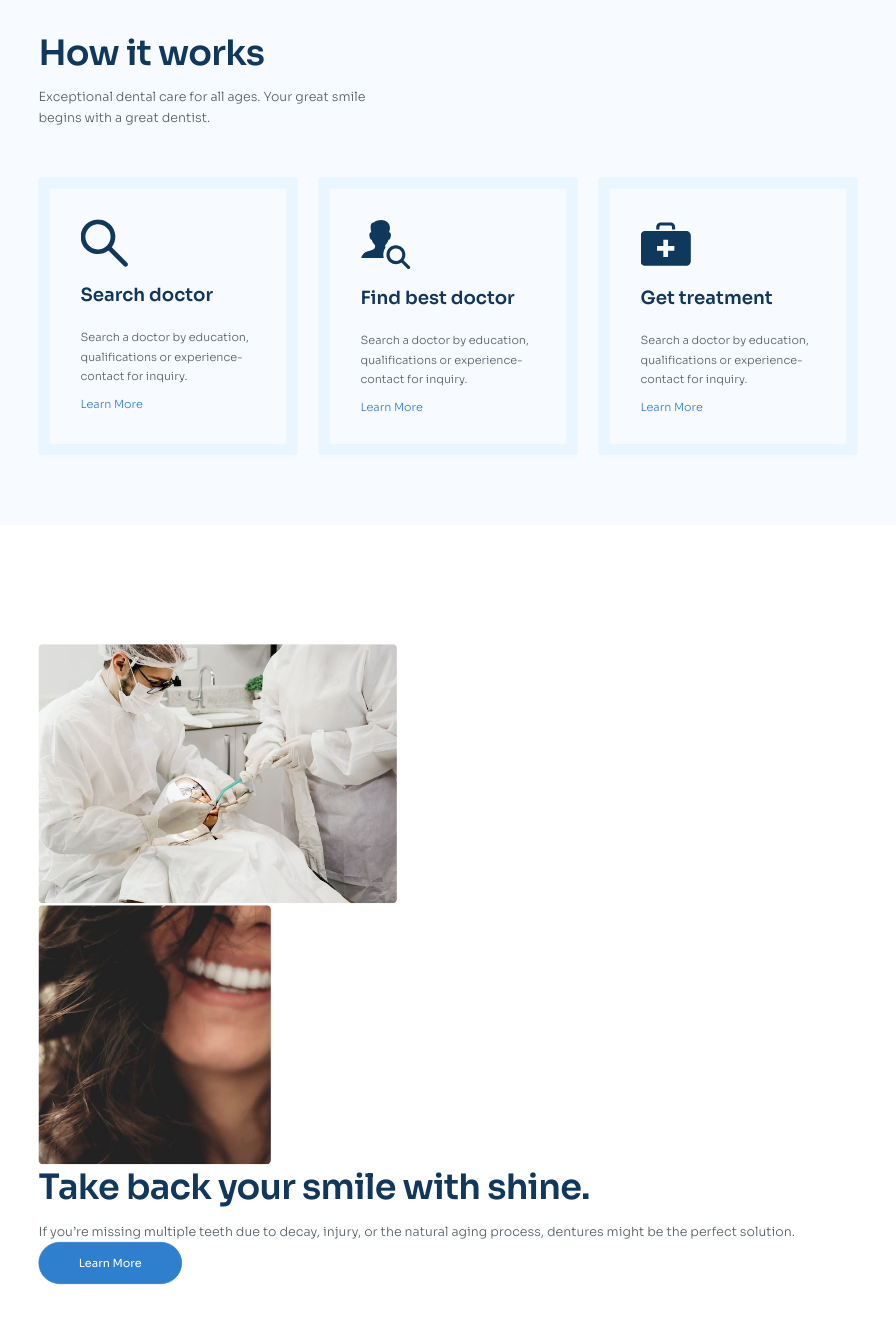
Repository: anhtien111198/f8-htmlcss-03
Page: index.html
These files come from the project's save history. The page is drawn as it stood at one moment and after the next save; the edit follows.
The browser window is 1280 px wide. The pictures show the part of the page from y = 1895 to 3815 px (the page is 3815 px tall before and 3442 px after), at 70% of full size.

Above is the page before, as saved 2023-05-13 15:15:12.

### index.html
<!DOCTYPE html>
<html lang="en">
    <head>
        <meta charset="UTF-8" />
        <meta http-equiv="X-UA-Compatible" content="IE=edge" />
        <meta name="viewport" content="width=device-width, initial-scale=1.0" />
        <title>shine smile</title>
        <!-- favicon -->
        <link
            rel="apple-touch-icon"
            sizes="57x57"
            href="./assets/favicon/apple-icon-57x57.png"
        />
        <link
            rel="apple-touch-icon"
            sizes="60x60"
            href="./assets/favicon/apple-icon-60x60.png"
        />
        <link
            rel="apple-touch-icon"
            sizes="72x72"
            href="./assets/favicon/apple-icon-72x72.png"
        />
        <link
            rel="apple-touch-icon"
            sizes="76x76"
            href="./assets/favicon/apple-icon-76x76.png"
        />
        <link
            rel="apple-touch-icon"
            sizes="114x114"
            href="./assets/favicon/apple-icon-114x114.png"
        />
        <link
            rel="apple-touch-icon"
            sizes="120x120"
            href="./assets/favicon/apple-icon-120x120.png"
        />
        <link
            rel="apple-touch-icon"
            sizes="144x144"
            href="./assets/favicon/apple-icon-144x144.png"
        />
        <link
            rel="apple-touch-icon"
            sizes="152x152"
            href="./assets/favicon/apple-icon-152x152.png"
        />
        <link
            rel="apple-touch-icon"
            sizes="180x180"
            href="./assets/favicon/apple-icon-180x180.png"
        />
        <link
            rel="icon"
            type="image/png"
            sizes="192x192"
            href="./assets/favicon/android-icon-192x192.png"
        />
        <link
            rel="icon"
            type="image/png"
            sizes="32x32"
            href="./assets/favicon/favicon-32x32.png"
        />
        <link
            rel="icon"
            type="image/png"
            sizes="96x96"
            href="./assets/favicon/favicon-96x96.png"
        />
        <link
            rel="icon"
            type="image/png"
            sizes="16x16"
            href="./assets/favicon/favicon-16x16.png"
        />
        <link rel="manifest" href="./assets/favicon/manifest.json" />
        <meta name="msapplication-TileColor" content="#ffffff" />
        <meta
            name="msapplication-TileImage"
            content="./assets/favicon/ms-icon-144x144.png"
        />
        <meta name="theme-color" content="#ffffff" />
        <!-- font -->
        <link rel="preconnect" href="https://fonts.googleapis.com" />
        <link rel="preconnect" href="https://fonts.gstatic.com" crossorigin />
        <link
            href="https://fonts.googleapis.com/css2?family=Sora:wght@200;300;400;500;600;700;800&display=swap"
            rel="stylesheet"
        />
        <!-- reset css -->
        <link rel="stylesheet" href="./assets/css/reset.css" />
        <!-- style css -->
        <link rel="stylesheet" href="./assets/css/style.css" />
    </head>
    <body>
        <!-- header -->
        <header class="header">
            <div class="container">
                <!-- header top -->
                <div class="header-top">
                    <!-- logo -->
                    <a href="/">
                        <div class="logo">
                            <span class="logo__circle"></span>
                            <span class="logo__text">
                                <span class="logo__brand">shine</span>
                                <span class="logo__brand logo__brand--small">
                                    smile
                                </span>
                            </span>
                        </div>
                    </a>
                    <!-- navbar -->
                    <nav class="navbar">
                        <ul class="navbar__list">
                            <li class="navbar__item">
                                <a
                                    href="#!"
                                    class="navbar__link navbar__link--active"
                                >
                                    Home
                                </a>
                            </li>
                            <li class="navbar__item">
                                <a href="#!" class="navbar__link">Services</a>
                            </li>
                            <li class="navbar__item">
                                <a href="#!" class="navbar__link">About</a>
                            </li>
                            <li class="navbar__item">
                                <a href="#!" class="navbar__link">Doctors</a>
                            </li>
                        </ul>
                    </nav>
                    <!-- action -->
                    <div class="header-action">
                        <a href="#!" class="header-action__login">Log In</a>
                        <button href="#!" class="btn header-action__signup">
                            Sign Up
                        </button>
                    </div>
                </div>
                <!-- Hero -->
                <section class="hero">
                    <!-- hero content -->
                    <section class="hero__content">
                        <h1 class="hero__heading">
                            Exceptional dental care for all ages.
                        </h1>
                        <p class="hero__desc">
                            Exceptional dental care for all ages. Your great
                            smile begins with a great dentist.
                        </p>
                        <div class="hero__row">
                            <a href="" class="btn">Book Online</a>
                            <span class="hero__phone"
                                >or call (123) 456-7890</span
                            >
                        </div>
                    </section>
                    <!-- hero media -->
                    <div class="hero__media">
                        <figure class="hero__images">
                            <img
                                src="./assets/image/hero-01jpg.jpg"
                                alt=""
                                class="hero__img"
                            />
                            <img
                                src="./assets/image/hero-02.jpg"
                                alt=""
                                class="hero__img"
                            />
                        </figure>
                    </div>
                </section>
            </div>
        </header>
        <main style="height: 5000">
            <!-- service -->
            <section class="service">
                <div class="container">
                    <h2 class="service__heading section-heading">
                        Our services
                    </h2>
                    <p class="service__desc section-desc">
                        Exceptional dental care for all ages. Your great smile
                        begins with a great dentist.
                    </p>
                    <div class="service__row">
                        <figure class="service__images">
                            <img
                                src="./assets/image/service-1.jpg"
                                alt=""
                                class="service__img"
                            />
                        </figure>
                        <div>
                            <div class="service__list">
                                <!-- service item 1 -->
                                <section class="service-item">
                                    <div class="service-item__icon">
                                        <svg
                                            width="22"
                                            height="24"
                                            viewBox="0 0 22 24"
                                            fill="none"
                                            xmlns="http://www.w3.org/2000/svg"
                                        >
                                            <path
                                                d="M20.3598 2.63964C17.9506 -0.556131 14.2772 -0.568132 11.2481 1.10682C11.001 1.24657 10.7219 1.31411 10.4406 1.30222C10.1592 1.29033 9.88633 1.19945 9.65105 1.03931C8.49552 0.245717 7.29036 -0.316477 5.13904 0.207462C0.623408 1.3071 0 4.90379 0 8.99816C0.0797353 12.1602 0.500857 15.3032 1.25551 18.3683C2.11836 22.0168 3.90382 24 5.43354 24C6.96326 24 7.00963 22.2204 7.00963 20.8016C7.00963 19.2009 7.39505 14.8009 10.8642 14.8009C13.5317 14.8009 14.3333 18.4013 14.3333 20.8016C14.3329 23.095 15.1722 24 16.6628 24C19.5267 24 20.9796 15.3938 21.3719 13.1237C21.7642 10.8535 22.9882 6.12569 20.3598 2.63964Z"
                                                fill="currentColor"
                                            />
                                        </svg>
                                    </div>
                                    <div class="service-item__body">
                                        <h3 class="service-item__heading">
                                            Oral Surgery
                                        </h3>
                                        <p class="service-item__desc">
                                            Everything you expect and then some.
                                            Cleanings, fillings, and x-rays.
                                        </p>
                                    </div>
                                </section>
                                <!-- service item 2 -->
                                <section class="service-item">
                                    <div class="service-item__icon">
                                        <svg
                                            width="22"
                                            height="24"
                                            viewBox="0 0 22 24"
                                            fill="none"
                                            xmlns="http://www.w3.org/2000/svg"
                                        >
                                            <path
                                                d="M20.3598 2.63964C17.9506 -0.556131 14.2772 -0.568132 11.2481 1.10682C11.001 1.24657 10.7219 1.31411 10.4406 1.30222C10.1592 1.29033 9.88633 1.19945 9.65105 1.03931C8.49552 0.245717 7.29036 -0.316477 5.13904 0.207462C0.623408 1.3071 0 4.90379 0 8.99816C0.0797353 12.1602 0.500857 15.3032 1.25551 18.3683C2.11836 22.0168 3.90382 24 5.43354 24C6.96326 24 7.00963 22.2204 7.00963 20.8016C7.00963 19.2009 7.39505 14.8009 10.8642 14.8009C13.5317 14.8009 14.3333 18.4013 14.3333 20.8016C14.3329 23.095 15.1722 24 16.6628 24C19.5267 24 20.9796 15.3938 21.3719 13.1237C21.7642 10.8535 22.9882 6.12569 20.3598 2.63964Z"
                                                fill="currentColor"
                                            />
                                        </svg>
                                    </div>
                                    <div class="service-item__body">
                                        <h3 class="service-item__heading">
                                            Wisdom Teeth Removal
                                        </h3>
                                        <p class="service-item__desc">
                                            Everything you expect and then some.
                                            Cleanings, fillings, and x-rays.
                                        </p>
                                    </div>
                                </section>
                                <!-- service item 3 -->
                                <section class="service-item">
                                    <div class="service-item__icon">
                                        <svg
                                            width="22"
                                            height="24"
                                            viewBox="0 0 22 24"
                                            fill="none"
                                            xmlns="http://www.w3.org/2000/svg"
                                        >
                                            <path
                                                d="M20.3598 2.63964C17.9506 -0.556131 14.2772 -0.568132 11.2481 1.10682C11.001 1.24657 10.7219 1.31411 10.4406 1.30222C10.1592 1.29033 9.88633 1.19945 9.65105 1.03931C8.49552 0.245717 7.29036 -0.316477 5.13904 0.207462C0.623408 1.3071 0 4.90379 0 8.99816C0.0797353 12.1602 0.500857 15.3032 1.25551 18.3683C2.11836 22.0168 3.90382 24 5.43354 24C6.96326 24 7.00963 22.2204 7.00963 20.8016C7.00963 19.2009 7.39505 14.8009 10.8642 14.8009C13.5317 14.8009 14.3333 18.4013 14.3333 20.8016C14.3329 23.095 15.1722 24 16.6628 24C19.5267 24 20.9796 15.3938 21.3719 13.1237C21.7642 10.8535 22.9882 6.12569 20.3598 2.63964Z"
                                                fill="currentColor"
                                            />
                                        </svg>
                                    </div>
                                    <div class="service-item__body">
                                        <h3 class="service-item__heading">
                                            Preventative Dentistry
                                        </h3>
                                        <p class="service-item__desc">
                                            Everything you expect and then some.
                                            Cleanings, fillings, and x-rays.
                                        </p>
                                    </div>
                                </section>
                            </div>
                            <a href="#!" class="btn">All Services</a>
                        </div>
                    </div>
                </div>
            </section>
            <!-- how its works -->
            <section class="work">
                <div class="container">
                    <h2 class="section-heading">How it works</h2>
                    <p class="section-desc work__desc">
                        Exceptional dental care for all ages. Your great smile
                        begins with a great dentist.
                    </p>
                    <div class="work__list">
                        <!-- work item 1 -->
                        <div class="work-item">
                            <img
                                src="./assets/icons/search.svg"
                                alt=""
                                class="work-item__icon"
                            />
                            <h3 class="work-item__heading">Search doctor</h3>
                            <p class="work-item__desc">
                                Search a doctor by education, qualifications or
                                experience-contact for inquiry.
                            </p>
                            <a href="#!" class="work-item__more">Learn More</a>
                        </div>
                        <!-- work item 2 -->
                        <div class="work-item">
                            <img
                                src="./assets/icons/search-user.svg"
                                alt=""
                                class="work-item__icon"
                            />
                            <h3 class="work-item__heading">Find best doctor</h3>
                            <p class="work-item__desc">
                                Search a doctor by education, qualifications or
                                experience-contact for inquiry.
                            </p>
                            <a href="#!" class="work-item__more">Learn More</a>
                        </div>
                        <!-- work item 3 -->
                        <div class="work-item">
                            <img
                                src="./assets/icons/bag.svg"
                                alt=""
                                class="work-item__icon"
                            />
                            <h3 class="work-item__heading">Get treatment</h3>
                            <p class="work-item__desc">
                                Search a doctor by education, qualifications or
                                experience-contact for inquiry.
                            </p>
                            <a href="#!" class="work-item__more">Learn More</a>
                        </div>
                    </div>
                </div>
            </section>
            <!-- feature -->
            <section class="feature">
                <div class="container">
                    <div class="feature__media">
                        <figcaption class="feature__images">
                            <img
                                src="./assets/image/hero-01jpg.jpg"
                                alt=""
                                class="feature__img"
                            />
                            <img
                                src="./assets/image/hero-02.jpg"
                                alt=""
                                class="feature__img"
                            />
                        </figcaption>
                    </div>
                    <section class="feature__content">
                        <h2 class="section-heading">
                            Take back your smile with shine.
                        </h2>
                        <p class="section-desc">
                            If you’re missing multiple teeth due to decay,
                            injury, or the natural aging process, dentures might
                            be the perfect solution.
                        </p>
                        <a href="#!" class="btn">Learn More</a>
                    </section>
                </div>
            </section>
        </main>
    </body>
</html>

### assets/css/style.css
* {
    box-sizing: border-box;
}
:root {
    --header-bg: #10375c;
}
html {
    font-size: 62.5%;
}
body {
    font-size: 1.6rem;
    font-family: "Sora", sans-serif;
}
/* ======Common========= */
a {
    text-decoration: none;
}
.container {
    width: 1170px;
    max-width: calc(100% - 48px);
    margin: 0 auto;
}
.btn {
    --height: 60px;
    display: inline-block;
    min-width: 205px;
    height: var(--height);
    padding: 0 20px;
    border-radius: 99px;
    border: 1px solid #2e80ce;
    font-size: 1.6rem;
    font-weight: 400;
    line-height: var(--height);
    color: #fff;
    text-align: center;
    background: #2e80ce;
}
.btn:hover {
    opacity: 0.9;
    cursor: pointer;
}
.section-heading {
    font-weight: 600;
    font-size: 5rem;
    line-height: 1.2;
    letter-spacing: -0.02em;
    color: #10375c;
}
.section-desc {
    margin-top: 18px;
    font-weight: 300;
    font-size: 1.8rem;
    line-height: 1.67;
    color: #575f66;
}
/* ========header============= */
.header {
    min-height: 100vh;
    padding-top: 30px;
    background: var(--header-bg);
}
.logo {
    position: relative;
    display: inline-flex;
    font-size: 1rem;
}
.logo__circle::after,
.logo__circle::before {
    content: "";
    display: inline-block;
    border-radius: 50%;
}
.logo__circle::before {
    width: 3em;
    height: 3em;
    background: #2e80ce;
}
.logo__circle::after {
    position: absolute;
    top: 1.1em;
    left: 1.1em;
    width: 1.6em;
    height: 1.6em;
    background: #ffffff;
}
.logo__text {
    margin-left: 0.6em;
    text-align: right;
    line-height: 1.6em;
}
.logo__brand {
    display: block;
    font-size: 1.8em;
    font-weight: 400;
    color: #ffffff;
}
.logo__brand--small {
    font-size: 1.2em;
    font-weight: 300;
}
/* ========Header top========== */
.header-top {
    display: flex;
    align-items: center;
    justify-content: space-between;
}
.navbar__list {
    display: flex;
}
.header-action__login,
.navbar__link {
    padding: 4px 21px;
    font-weight: 300;
    font-size: 1.6rem;
    color: #c9d2da;
}
.navbar__link:hover,
.navbar__link--active {
    color: #fff;
    text-shadow: 1px 0 0 currentColor;
}
.navbar__link--active::before {
    position: relative;
    top: -2px;
    left: -8px;
    content: "";
    display: inline-block;
    width: 6px;
    height: 6px;
    border-radius: 50%;
    background: #fff;
}
.header-action {
    display: flex;
    align-items: center;
}
.header-action__login {
    margin-right: 7px;
}
.header-action__signup {
    --height: 44px;
    min-width: 104px;
}
/* ========hero=========== */
.hero {
    display: flex;
    align-items: center;
    margin-top: 76px;
}
.hero__content {
    flex-shrink: 0;
    width: 44%;
}
.hero__media {
    flex-grow: 1;
}
.hero__heading {
    font-weight: 600;
    font-size: 7rem;
    line-height: 1.14;
    letter-spacing: -0.02em;
    color: #ffffff;
}
.hero__desc {
    margin-top: 22px;
    font-weight: 300;
    font-size: 1.8rem;
    line-height: 1.67;
    color: #c9d2da;
}
.hero__row {
    display: flex;
    align-items: center;
    margin-top: 38px;
}
.hero__phone {
    margin-left: 38px;
    font-weight: 400;
    font-size: 1.8rem;
    line-height: 1.67;
    color: #ffffff;
}
.hero__images {
    display: flex;
    align-items: center;
    justify-content: flex-end;
}
.hero__img {
    width: 330px;
    height: 540px;
    border-radius: 6px;
    object-fit: cover;
}
.hero__img:first-child {
    position: relative;
    margin-right: -6px;
}
.hero__img:last-child {
    width: 210px;
    height: 410px;
}
/* ========service=========== */
.service {
    padding: 170px 0;
}
.service__heading,
.service__desc {
    text-align: center;
}
.service__desc {
    width: 468px;
    margin-left: auto;
    margin-right: auto;
}
.service__row {
    display: flex;
    align-items: center;
    justify-content: space-between;
    margin-top: 70px;
}
.service__img {
    width: 570px;
    height: 570px;
    border-radius: 12px;
    object-fit: cover;
}
.service__list {
    margin-bottom: 55px;
}
/* =====service item========= */
.service-item {
    display: flex;
    width: 470px;
    padding: 22px;
    background: #ffffff;
    border-radius: 10px;
    transition: 0.25s;
}
.service-item:hover {
    position: relative;
    box-shadow: 0px 14px 28px rgba(0, 0, 0, 0.05);
}
.service-item:hover .service-item__icon {
    background: #2e80ce;
    color: #fff;
}
.service-item__icon {
    display: flex;
    align-items: center;
    justify-content: center;
    flex-shrink: 0;
    width: 60px;
    height: 60px;
    border-radius: 50%;
    color: #10375c;
    background: #eff6fd;
    box-shadow: 0px 8px 16px rgba(0, 0, 0, 0.05);
    transition: 0.25s;
}
.service-item__body {
    margin-left: 20px;
}
.service-item__heading {
    font-weight: 600;
    font-size: 1.8rem;
    line-height: 1.27;
    color: #10375c;
}
.service-item__desc {
    margin-top: 8px;
    font-weight: 300;
    font-size: 1.6rem;
    line-height: 1.75;
    color: #575f66;
}
/* ========work======= */
.work {
    padding: 100px 0;
    background: #f7fbff;
}
.work__desc {
    width: 468px;
}
.work__list {
    display: grid;
    grid-template-columns: repeat(3, 1fr);
    column-gap: 30px;
    margin-top: 70px;
}
.work-item {
    padding: 44px;
    border: 16px solid #eaf6ff;
    border-radius: 4px;
    transition: 0.25;
}
.work-item:hover {
    transform: translateY(-16px);
    border-color: #2e80ce;
}
.work-item__heading {
    margin-top: 20px;
    font-weight: 600;
    font-size: 2.6rem;
    line-height: 1.38;
    color: #10375c;
}
.work-item__desc {
    margin-top: 28px;
    font-weight: 300;
    font-size: 1.6rem;
    line-height: 1.75;
    color: #575f66;
}

.work-item__more {
    display: inline-block;
    margin-top: 18px;
    font-weight: 300;
    font-size: 1.6rem;
    color: #2e80ce;
}
/* =========feature============ */
.feature {
    margin-top: 85px;
    padding: 85px 0;
}
.feature__media {
    width: 48%;
}
.feature__images {
    position: relative;
}
.feature__img {
    width: 512px;
    height: 370px;
    object-fit: cover;
    border-radius: 6px;
}
.feature__img:last-child {
    width: 332px;
    height: 370px;
}

Loaded but not shown: assets/css/reset.css (common file)

After the next save:
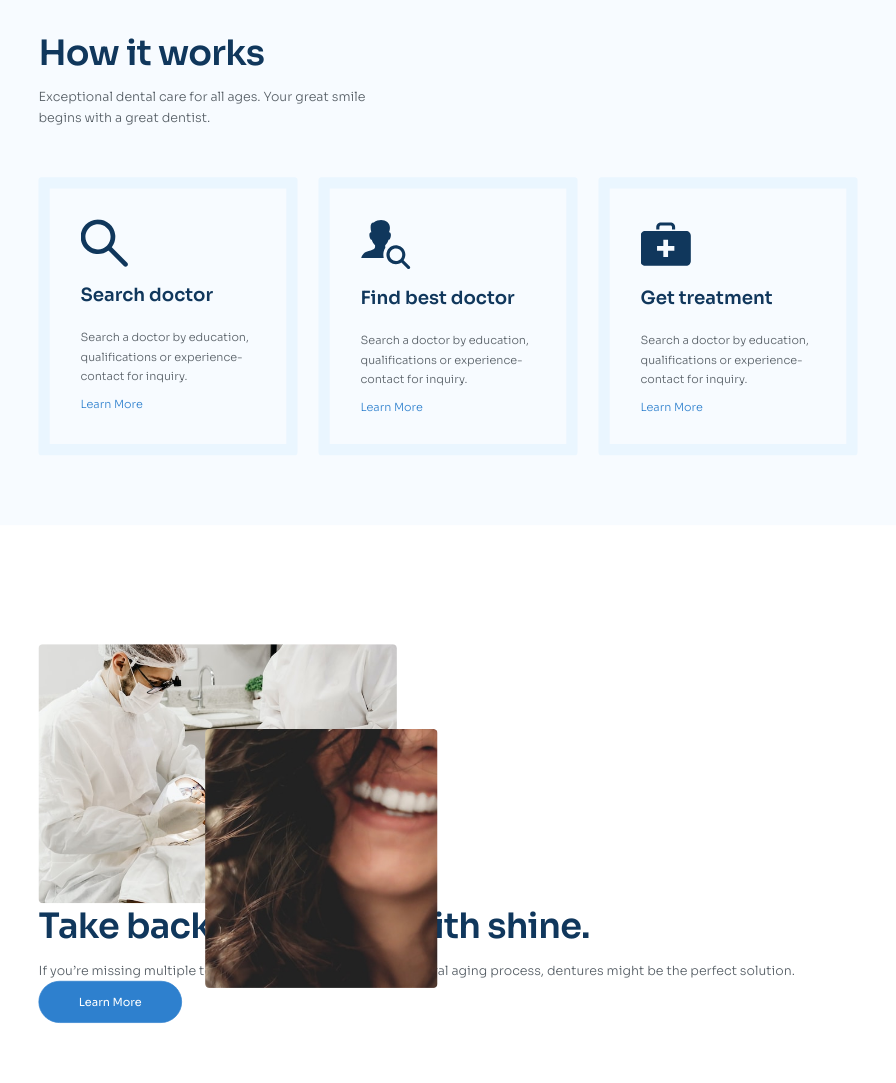
Saved 63 s later.
--- a/assets/css/style.css
+++ b/assets/css/style.css
@@ -337,6 +337,9 @@ a {
     border-radius: 6px;
 }
 .feature__img:last-child {
+    position: absolute;
+    top: 121px;
+    left: 238px;
     width: 332px;
     height: 370px;
 }
